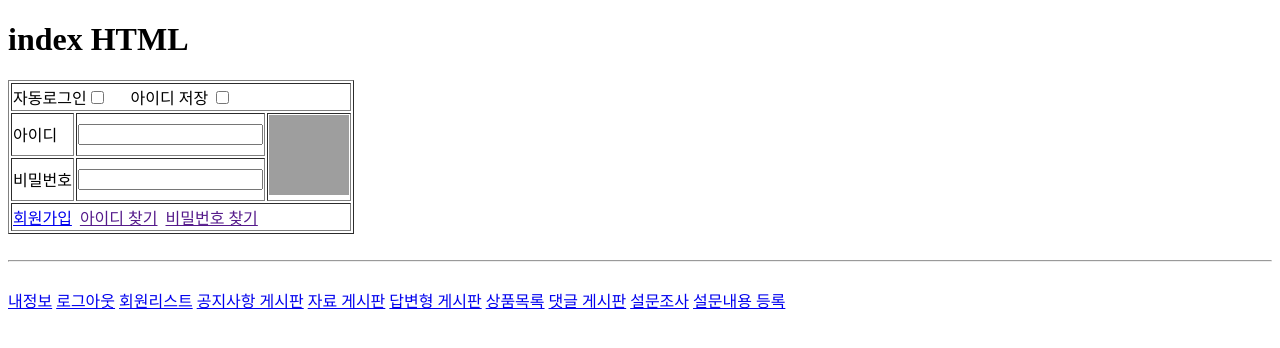
Repository: sangmin9412/springBootStudy
Page: http://localhost/thymeleaf/index
These files come from the project's save history. The page is drawn as it stood at one moment and after the next save; the edit follows.
The browser window is 1280 px wide. The pictures show the whole page.
Pictures or frames that could not be fetched are drawn as grey boxes. The page is this project's Thymeleaf template; nobody is signed in. The template is opened directly, without the code that normally fills it, so the values that code supplies are empty.

Above is the page before, as saved 2020-08-26 03:38:14.

After the next save:
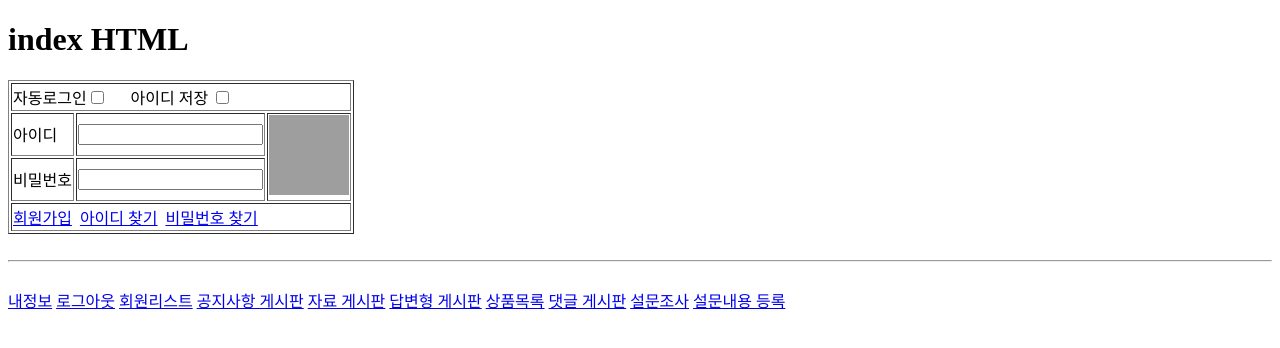
Saved 9 s later.
--- a/spbt2/src/main/resources/templates/thymeleaf/index.html
+++ b/spbt2/src/main/resources/templates/thymeleaf/index.html
@@ -31,8 +31,8 @@
 	<tr>
 		<td colspan="3">
 			<a href="register/agree">회원가입</a>&nbsp;
-			<a href="">아이디 찾기</a>&nbsp;
-			<a href="">비밀번호 찾기</a>&nbsp;
+			<a href="#">아이디 찾기</a>&nbsp;
+			<a href="#">비밀번호 찾기</a>&nbsp;
 		</td>
 	</tr>
 	</table>
